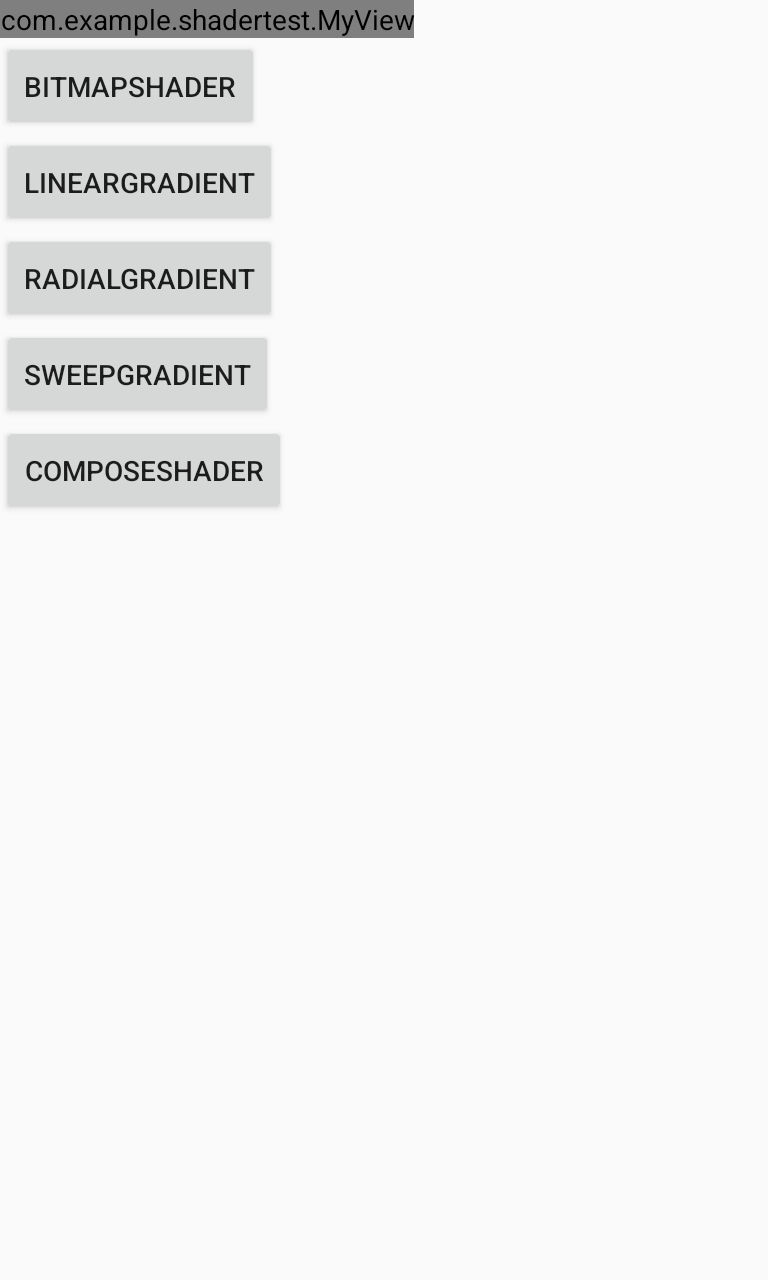
Repository: 18810012802/creazyAndroid
Layout: workspace3/ShaderTest/res/layout/activity_main.xml
These files come from the project's save history. The layout is drawn as it stood at one moment and after the next save; the edit follows.
Pictures or frames that could not be fetched are drawn as grey boxes. It is drawn on a 768 x 1280 px phone screen (xhdpi) without system bars, with theme AppTheme; the app's code is not run.

Above is the layout before, as saved 2016-05-09 16:11:25.

After the next save:
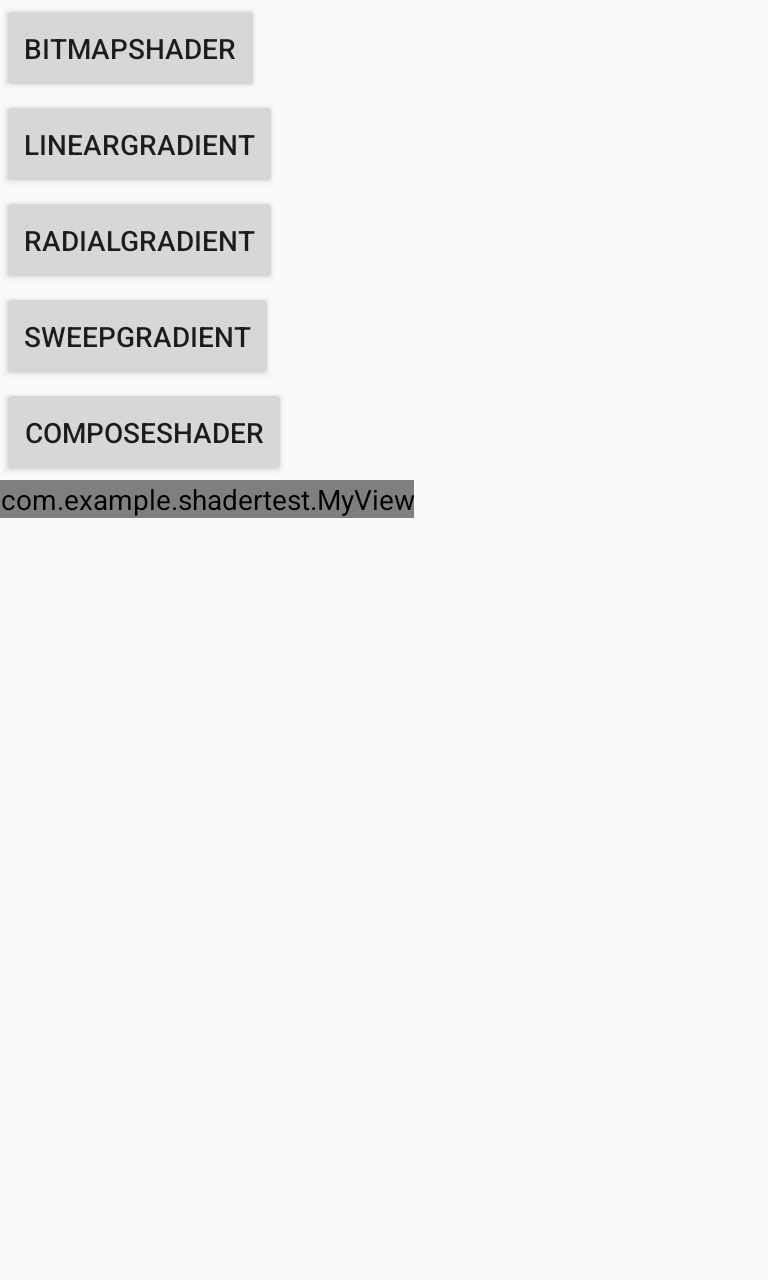
Saved 47 s later.
--- a/workspace3/ShaderTest/res/layout/activity_main.xml
+++ b/workspace3/ShaderTest/res/layout/activity_main.xml
@@ -4,10 +4,7 @@
     android:layout_height="match_parent"
    >
 
-    <com.example.shadertest.MyView
-        android:layout_width="wrap_content"
-        android:layout_height="wrap_content"
-        android:id="@+id/my_view" />
+
 	<Button
 	    android:layout_width="wrap_content"
         android:layout_height="wrap_content"
@@ -33,4 +30,8 @@
         android:layout_height="wrap_content"
         android:text="ComposeShader"
         android:id="@+id/bn5" />
+	 <com.example.shadertest.MyView
+        android:layout_width="wrap_content"
+        android:layout_height="wrap_content"
+        android:id="@+id/my_view" />
 </LinearLayout>

After the save that followed:
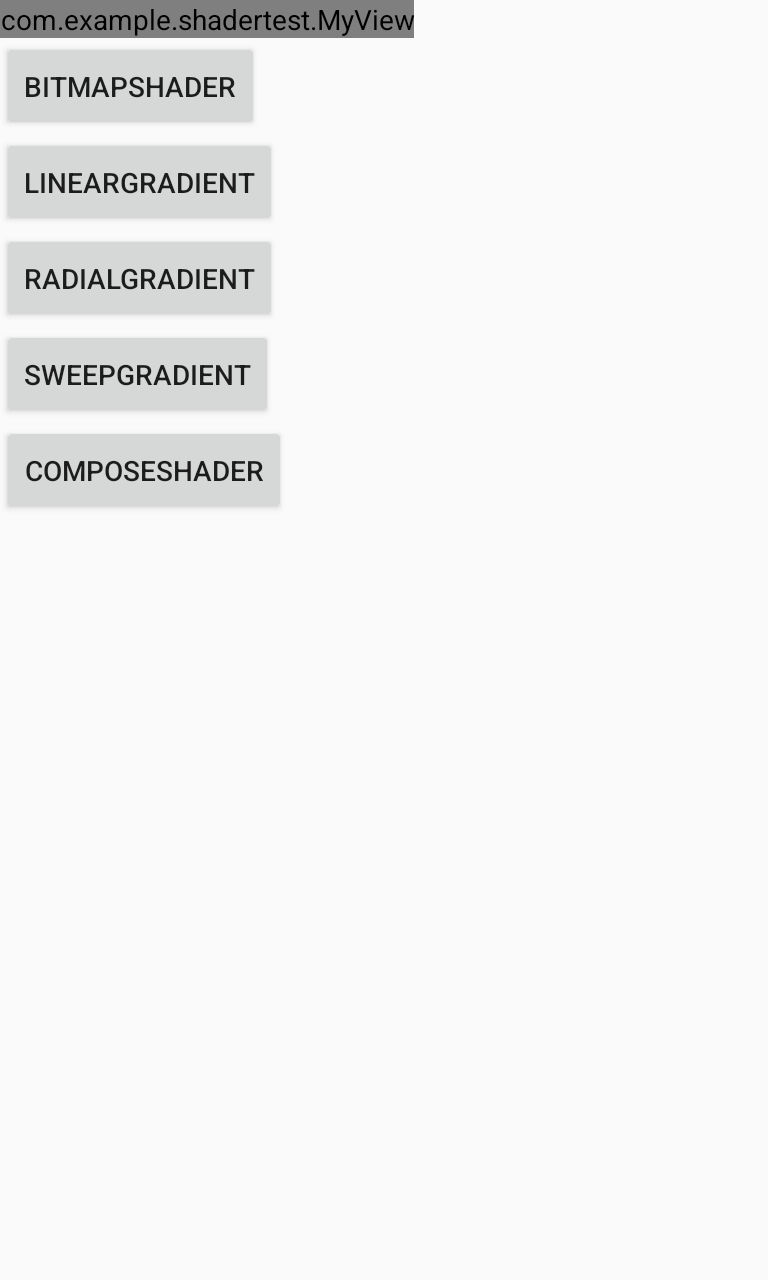
Saved 91 s later.
--- a/workspace3/ShaderTest/res/layout/activity_main.xml
+++ b/workspace3/ShaderTest/res/layout/activity_main.xml
@@ -3,7 +3,10 @@
     android:orientation="vertical"
     android:layout_height="match_parent"
    >
-
+ <com.example.shadertest.MyView
+        android:layout_width="wrap_content"
+        android:layout_height="wrap_content"
+        android:id="@+id/my_view" />
 
 	<Button
 	    android:layout_width="wrap_content"
@@ -30,8 +33,5 @@
         android:layout_height="wrap_content"
         android:text="ComposeShader"
         android:id="@+id/bn5" />
-	 <com.example.shadertest.MyView
-        android:layout_width="wrap_content"
-        android:layout_height="wrap_content"
-        android:id="@+id/my_view" />
+
 </LinearLayout>
